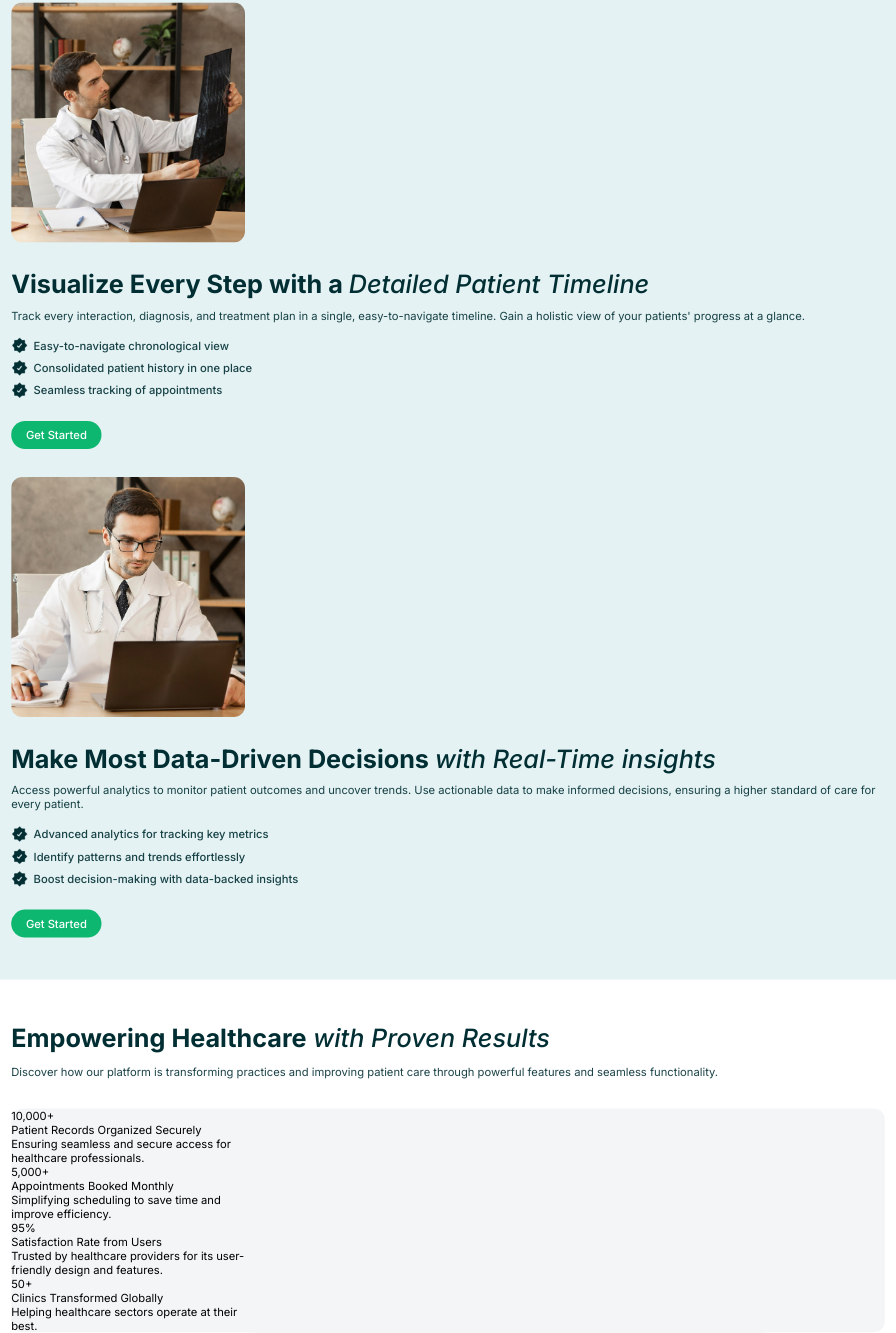
Repository: DiegoWWeege/recuperacao-prova-front-end
Page: index.html
An editor plug-in stored every save of this project. The page is shown before and after the next save, followed by the edit.
The browser window is 1280 px wide. The pictures show the part of the page from y = 1588 to 3508 px (the page is 3492 px tall before and 3508 px after), at 70% of full size.

Above is the page before, as saved 2026-06-22 18:56:25.

### index.html
<!DOCTYPE html>
<html lang="pt-br">
<head>
    <meta charset="UTF-8">
    <meta name="viewport" content="width=device-width, initial-scale=1.0">
    <title>ERTIFY HEALTH</title>
    <link rel="stylesheet" href="style.css">
</head>
<body>

    <!--Cabeçalho da Lading Page-->

    <header>
        <img src="images/logo.png" alt="Ertify Health logo">

        <section>
        <button aria-label = "Get Started" class = "get-started-button">Get Started</button>

            <img src="icons/burguer-menu.png" alt="Burguer menu">
        </section>
    </header>

    <!--Conteúdo principal da Lading Page-->
    <main class = "hero-section">

        <section>
            <h1>Simple & Secure Patient <span>Management</span></h1>
            <!-- Foi dado um espaço na palavra &amp, pois quando junta apresentava erro no html!-->
            <p>CERTIFY’s platform automates intake & amp; check-in processes
            so you can put the focus back on delivering quality care.</p>
        </section>

        <section id = "buttons-section">
            <button  aria-label = "Get Started" class = "get-started-button">Get Started</button>
            <button aria-label = "Play demo" class = "play-demo-button">Play Demo</button>
        </section>

        <img src="images/three-doctors.png" alt="Three doctors">
    </main>



    <section class = "section-patient-journey">
        <h2>Get a Proper Visualisation on <span>Patient Jouney</span></h2>

        <p>Understand and  manage your patients' healthcare journeys with
            clarity and precision. Our platform offers tools that provide
            actionable insights at every stage.</p>


        <section class = "image-text-benefits">

            <img src="images/doctor-xray.png" alt="A doctor sitting in his desk looking at an x-ray">

            <h2>Visualize Every Step with a <span>Detailed Patient Timeline</span></h2>

            <p>Track every interaction, diagnosis, and treatment
                plan in a single, easy-to-navigate
                timeline. Gain a holistic view of your patients'
                progress at a glance.</p>

            <section class = "benefits-grid">

                <img src="icons/checkmark-badge-02.png" alt="">
                <p class = "benefit">Easy-to-navigate chronological view</p>

                <img src="icons/checkmark-badge-02.png" alt="">
                <p class = "benefit">Consolidated patient history in one place</p>

                <img src="icons/checkmark-badge-02.png" alt="">
                <p class = "benefit">Seamless tracking of appointments</p>

            </section>

            <button  aria-label = "Get Started" class = "get-started-button">Get Started</button>

        </section>

        <section class = "image-text-benefits">

            <img src="images/doctor-laptop.png" alt="A doctor sitting in his desk looking at an x-ray">

            <h2>Make Most Data-Driven Decisions <span>with Real-Time insights</span></h2>

            <p>Access powerful analytics to monitor patient outcomes
                and uncover trends. Use actionable data
                 to make informed decisions, ensuring a higher standard
                 of care for every patient.</p>

            <section class = "benefits-grid">

                <img src="icons/checkmark-badge-02.png" alt="">
                <p class = "benefit">Advanced analytics for tracking key metrics</p>

                <img src="icons/checkmark-badge-02.png" alt="">
                <p class = "benefit">Identify patterns and trends effortlessly</p>

                <img src="icons/checkmark-badge-02.png" alt="">
                <p class = "benefit">Boost decision-making with data-backed insights</p>

            </section>

            <button  aria-label = "Get Started" class = "get-started-button">Get Started</button>

        </section>

    </section>

    <section class = "section-empowering-healthcare">
        <section class = "main-text">
            <h2>Empowering Healthcare<span> with Proven Results</span></h2>

        <p>Discover how our platform is transforming practices and improving
            patient care through powerful features and seamless functionality.</p>
        </section>

        <section class = "boxes-grid">
            <section class = "first-box">
                <p>10,000+</p>
                <p>Patient Records Organized Securely</p>

                <p>Ensuring seamless and secure access for healthcare professionals.</p>
            </section>

            <section class = "second-box">
                <p>5,000+</p>
                <p>Appointments Booked Monthly</p>

                <p>Simplifying scheduling to save time and improve efficiency.</p>
            </section>

            <section class = "third-box">
                <p>95%</p>
                <p>Satisfaction Rate from Users</p>

                <p>Trusted by healthcare providers for its user-friendly design and features.</p>
            </section>

            <section class = "fourth-box">
                <p>50+</p>
                <p>Clinics Transformed Globally</p>

                <p>Helping healthcare sectors operate at their best.</p>
            </section>
        </section>

    </section>
</body>
</html>

### style.css
@import url('https://fonts.googleapis.com/css2?family=Inter:ital,opsz,wght@0,14..32,100..900;1,14..32,100..900&family=Roboto:ital,wght@0,100..900;1,100..900&display=swap');

*{
    margin: 0px;
    padding: 0px;
    font-family: 'Inter', sans-serif;
}

img{
    object-fit: cover;
}

header{
    background-color: #012E33;
    width: 100vw;
    border-bottom: 1px solid #1A4347;
    display: grid;
    grid-template-columns: 1fr auto;
    align-items: center;
    padding: 1rem;
    box-sizing: border-box;
}

.get-started-button{
    background-color: #0EB770;
    color: white;
    font-size: 1rem;
    font-weight: 500;
    border-radius: 100px;
    height: 2.5rem;
    width: 8.063rem;
    border-style: none;
    justify-self: end;

}

header section{
    display: grid;
    grid-template-columns:auto auto;
    align-items: center;
    gap: 1rem;
}

.hero-section{
    background-color: #012E33;
    padding-top: 4.313rem;
    box-sizing: border-box;
}

.hero-section h1{
    font-family: "Inter" , sans-serif;
    font-size: 2.75rem;
    font-weight: 700;
    color: white;
    margin-bottom: 0.75rem;
    margin-left: 1.375rem;
    margin-right: 0.625rem;

}

.hero-section span{
    font-weight: 400;
    font-family: "Inter" , sans-serif;
    font-style: italic;
}

.hero-section p{
    color: rgba(255, 255, 255, 0.904);
    line-height: 1.625rem;
    margin-bottom: 4.313rem;
    margin-left: 1.375rem;
    margin-right: 0.625rem;
}

.hero-section #buttons-section button{
    width: 21.438rem;
    height: 3.5rem;
    margin-left: 1.375rem;
    margin-right: 0.625rem;
}

.hero-section #buttons-section .get-started-button{
    margin-bottom: 1rem;
}

.hero-section #buttons-section .play-demo-button{
    border: 1px solid #044046;
    border-radius: 100px;
    background: none;
    color: white;
    align-items: center;
    font-weight: 500;
    font-size: 16px;
}

.hero-section img{
    width: 100vw;
    margin-top: 2rem;
}

.section-patient-journey{
    background-color: #E4F2F3;
    padding-left: 1rem;
    padding-right: 1rem;
    padding-top: 3.75rem;
    padding-bottom: 3.75rem;
}

.section-patient-journey h2{
    font-family: "Inter" , sans-serif;
    font-weight: 700;
    font-size: 36px;
    line-height: 46px;
    color: #012E33;
    text-align: center;
}

.section-patient-journey span{
    font-weight: 500;
    font-style: italic;
}

.section-patient-journey p{
    color: #012e33e7;
    font-weight: 400;
    text-align: center;
    margin-top: 0.75rem;
}

.section-patient-journey img{
    height: 21.438rem;
    width: 20.875rem;
    border-radius: 1rem;
    margin-top: 2.5rem;
    margin-bottom: 2rem;
}

.section-patient-journey .image-text-benefits h2{
    text-align: start;
}

.section-patient-journey .image-text-benefits p{
    text-align:  start;
}

.image-text-benefits .benefits-grid{
    display: grid;
    grid-template-columns: auto 1fr;
    gap: 0.5rem;
    margin-top: 1.313rem;
    margin-bottom: 2rem;
}

.image-text-benefits .benefits-grid img{
    width: 1.5rem;
    height: 1.5rem;
    margin: 0px;

}

.image-text-benefits .benefits-grid p{
    margin: 0px;
    align-self: center;
    font-weight: 500;
}

.image-text-benefits .benefits-grid .get-started-button{
    height: 3rem;
    width: 8.563rem;
}

.section-empowering-healthcare .main-text{
    margin-top: 3.75rem;
    margin-left: 1rem;
}

.section-empowering-healthcare .main-text h2{
    font-family: "Inter" , sans-serif;
    font-weight: 700;
    line-height: 46px;
    font-size: 36px;
    color: #012E33;
    margin-bottom: 0.75rem;
}

.section-empowering-healthcare .main-text span{
    font-weight: 500;
    font-style: italic;
}

.section-empowering-healthcare .main-text p{
    font-family: "Inter" , sans-serif;
    font-weight: 400;
    font-size: 16px;
    line-height: 26px;
    color: #012E33E5;
    margin-bottom: 2.5rem;

}
.section-empowering-healthcare .boxes-grid{
    display: grid;
    grid-template-columns: 21.438rem;
    background-color: #F3F5F7;
    border-radius: 16px;
    margin-left: 1rem;
    margin-right: 1rem;


}

After the next save:
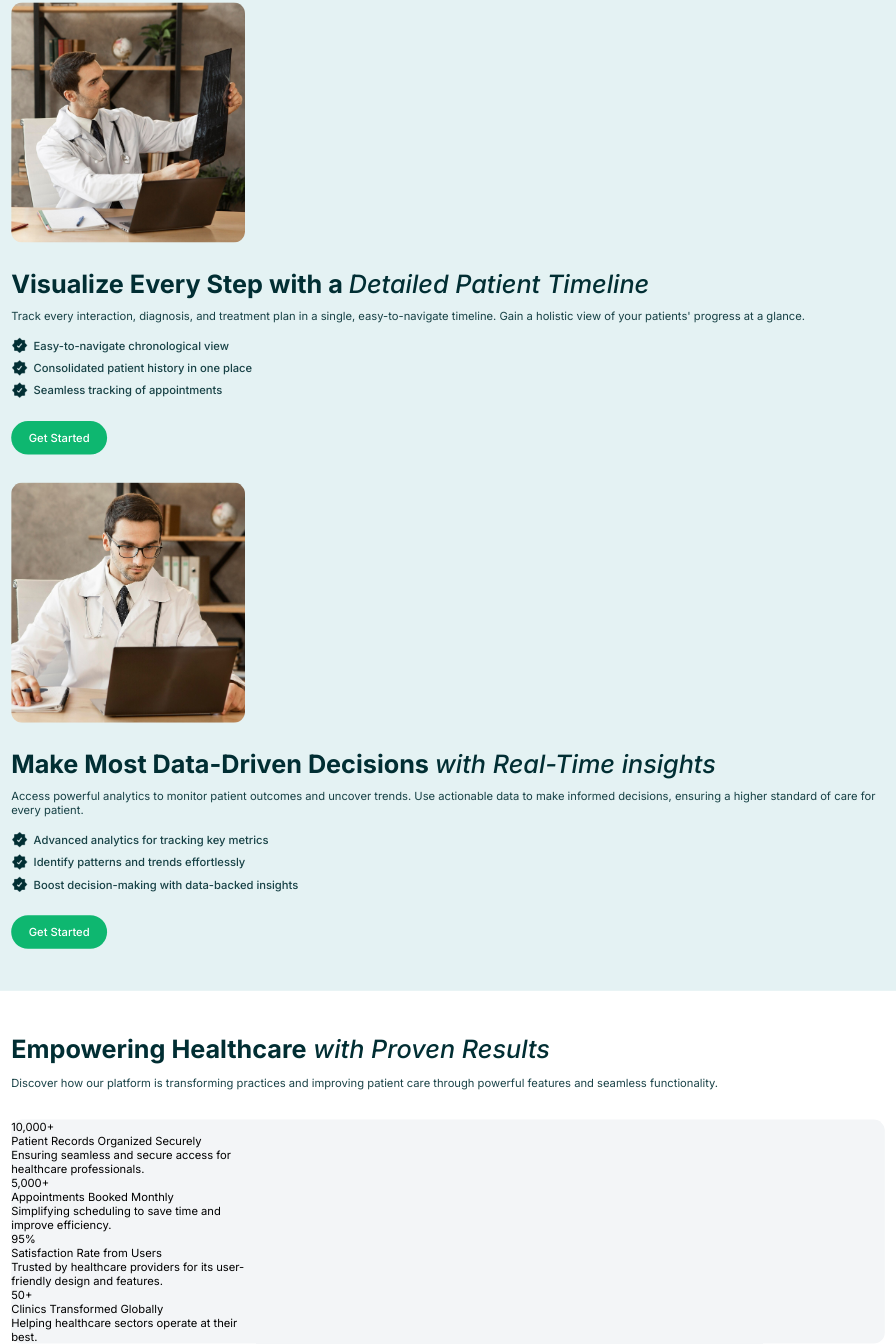
Saved 6 s later.
--- a/style.css
+++ b/style.css
@@ -164,7 +164,7 @@ header section{
     font-weight: 500;
 }
 
-.image-text-benefits .benefits-grid .get-started-button{
+.image-text-benefits .get-started-button{
     height: 3rem;
     width: 8.563rem;
 }
